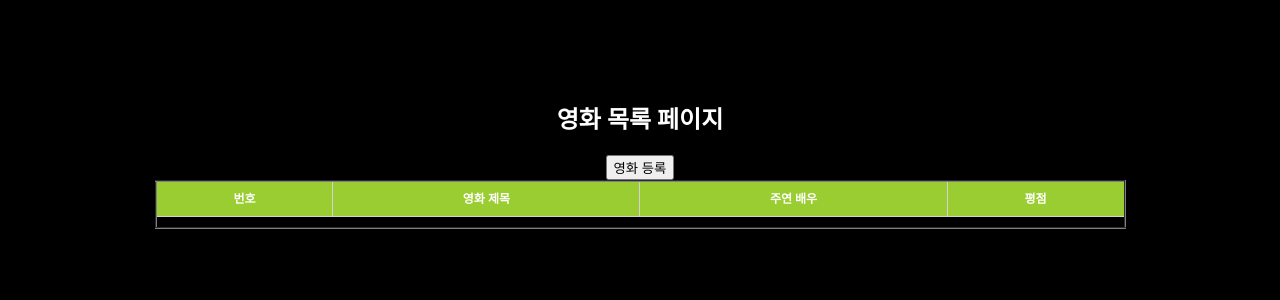
Repository: shinymusket/ideal-memory2
Page: http://localhost/homework10/MLS
These files come from the project's save history. The page is drawn as it stood at one moment and after the next save; the edit follows.
The browser window is 1280 px wide. The pictures show the whole page.
The page is served by Tomcat 9. Queries for data that is not in the repository find no rows.

Above is the page before, as saved 2022-06-17 08:43:07.

After the next save:
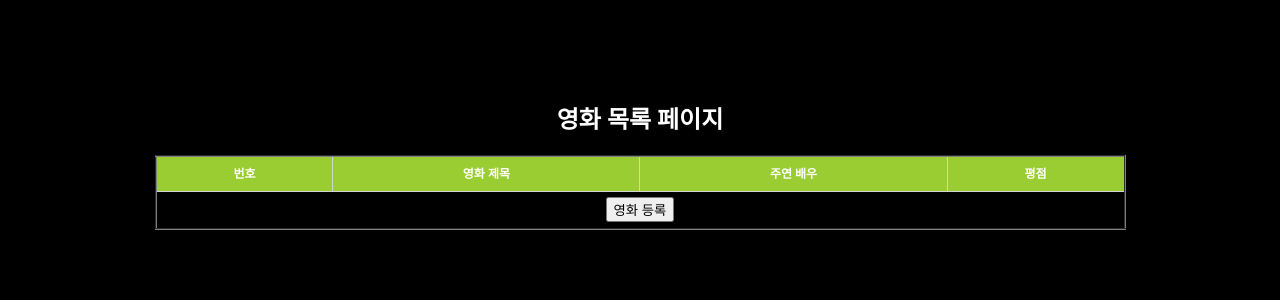
Saved 3 s later.
--- a/homework10/WebContent/movieList.jsp
+++ b/homework10/WebContent/movieList.jsp
@@ -11,7 +11,7 @@
 <body>
 	<div id="wrap" align="center">
 		<h2>영화 목록 페이지</h2>
-		<button type ="button" onclick="location.href='MR';">영화 등록</button>
+
 
 		<table border="2">
 			<tr>
@@ -31,7 +31,7 @@
 			</c:forEach>
 			<tr>
 				<td colspan="4">
-
+					<button type ="button" onclick="location.href='MR';">영화 등록</button>
 				</td>
 			</tr>
 
